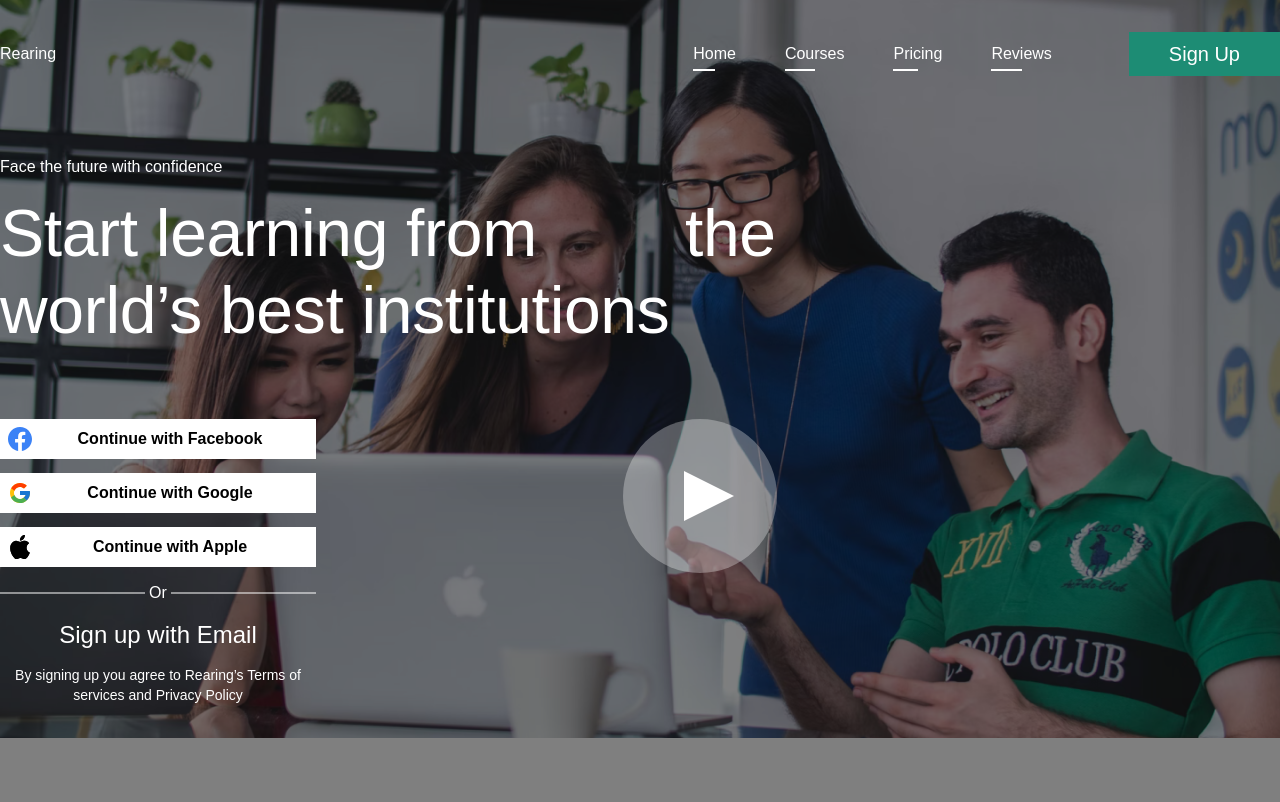
Repository: vandangnhathung/educationplatform
Page: /
An editor plug-in stored every save of this project. The page is shown before and after the next save, followed by the edit.
The browser window is 1280 px wide. The pictures show the whole page.
The project was rebuilt for these pictures with package versions that can differ from the ones it lists, and the page was loaded fresh each time.

Above is the page before, as saved 2022-06-21 00:25:57.

### src/index.js
import React from "react";
import ReactDOM from "react-dom/client";
import App from "./App";
import reportWebVitals from "./reportWebVitals";
import "./index.css";
const root = ReactDOM.createRoot(document.getElementById("root"));
root.render(
  <React.StrictMode>
    <App />
  </React.StrictMode>
);

// If you want to start measuring performance in your app, pass a function
// to log results (for example: reportWebVitals(console.log))
// or send to an analytics endpoint. Learn more: https://bit.ly/CRA-vitals
reportWebVitals();

### src/App.js
import Header from "./components/Header";

function App() {
  return (
    <>
      <Header></Header>
    </>
  );
}

export default App;

### src/index.css
@tailwind base;
@tailwind components;
@tailwind utilities;
@import url("https://fonts.googleapis.com/css2?family=Urbanist:wght@100;200;300;400;500;600;700;800&display=swap");
*,
*::before,
*::after {
  box-sizing: border-box;
}
* {
  margin: 0;
  padding: 0;
}

html,
body {
  height: 100%;
}
body {
  line-height: 1.5;
  font-family: "Urbanist", sans-serif;
}

img,
picture,
video,
canvas,
svg {
  display: block;
  max-width: 100%;
}
input,
button,
textarea,
select {
  font: inherit;
  outline: none;
}
p,
h1,
h2,
h3,
h4,
h5,
h6 {
  overflow-wrap: break-word;
}

.container {
  max-width: 1280px;
  margin: 0 auto;
  width: 100%;
}

.active {
  position: relative;
}

.active::before {
  content: "";
  display: block;
  position: absolute;
  bottom: -5px;
  width: 50%;
  padding: 1px;
  left: 0;
  background-color: #fff;
}

### src/components/Header.js
import React, { useEffect } from "react";
import headerImg from "../images/Images.png";
import SignInSocial from "./button/SignInSocial";
import { FcGoogle } from "react-icons/fc";
import { BsApple } from "react-icons/bs";
import styled from "styled-components";

const HeaderStyles = styled.header`
  .text-or {
    color: white;
    position: relative;
    &:before {
      content: "";
      height: 1px;
      width: calc(50% - 13px);
      background-color: white;
      position: absolute;
      top: 50%;
      transform: translateY(-50%);
      right: 0;
    }
    &:after {
      content: "";
      height: 1px;
      width: calc(50% - 13px);
      background-color: white;
      position: absolute;
      top: 50%;
      transform: translateY(-50%);
      left: 0;
    }
  }
`;
const Header = () => {
  const headerNav = [
    {
      id: 1,
      title: "Home",
    },
    {
      id: 2,
      title: "Courses",
    },
    {
      id: 3,
      title: "Pricing",
    },
    {
      id: 4,
      title: "Reviews",
    },
  ];
  return (
    <HeaderStyles>
      <div className="relative">
        <img src={headerImg} alt="header_img" className="w-full" />
        <div className="absolute inset-0 bg-black opacity-50"></div>
        <div class="absolute top-0  left-0 right-0 ">
          <div class="container">
            <div className="pt-8 mb-[79px] header-top text-white flex items-center justify-between">
              <h1 className="">Rearing</h1>
              <div className="flex items-center">
                <nav className="mr-[77px]">
                  <ul className="flex items-center  gap-x-[49px] ">
                    {headerNav.map((item) => (
                      <li className="active cursor-pointer" key={item.id}>
                        {item.title}
                      </li>
                    ))}
                  </ul>
                </nav>
                <button className="py-2 px-10 bg-[#1D8C74] text-white text-xl ">
                  Sign Up
                </button>
              </div>
            </div>

            <div className="slogan text-white mb-[70px]">
              <h3 className="text-base mb-4">
                Face the future with confidence
              </h3>
              <h1 className="desc max-w-[777px] text-[66px] leading-[77px] w-full tracking-[-0.02rem] font-medium">
                Start learning from{" "}
                <span className="inline-block mr-28 "></span>{" "}
                <p className="inline-block">the</p> world’s best institutions
              </h1>
            </div>

            <div class="flex items-start">
              <div className="signup max-w-[316px] text-center mr-[307px]">
                <SignInSocial name="Facebook"></SignInSocial>
                <SignInSocial
                  name="Google"
                  icon={<FcGoogle></FcGoogle>}
                ></SignInSocial>
                <SignInSocial
                  name="Apple"
                  icon={<BsApple style={{ color: "#000" }}></BsApple>}
                ></SignInSocial>
                <p className="text-or mb-[14px] ">Or</p>
                <div class="text-center text-white flex flex-col gap-y-[14px]">
                  <p className="text-2xl">Sign up with Email</p>
                  <p className="text-sm">
                    By signing up you agree to Rearing’s Terms of services and
                    Privacy Policy{" "}
                  </p>
                </div>
              </div>
              <div className="play cursor-pointer">
                <div className="w-[154px] h-[154px] rounded-full bg-[#fff]/[0.3] hover:bg-[#ccc]/[1] transition-all duration-400 ease-linear relative">
                  <div className="play absolute w-[50px] h-[50px] border-[25px] border-x-0 border-transparent border-l-white border-l-[50px] top-1/2 -translate-y-1/2 left-1/2 -translate-x-[32%] hover:rotate-[360deg]  transition-all duration-500"></div>
                </div>
              </div>
            </div>
          </div>
        </div>
        <div className="header-statistic">
          <div className="max-w-[826px] mx-auto flex items-center justify-between text-white">
            <div className="header-statistic__info flex flex-col gap-y-2">
              <span className="inline-block text-2xl font-bold">100K+</span>
              <p className="text-base">Total students ours</p>
            </div>
            <div className="header-statistic__info flex flex-col gap-y-2">
              <span className="inline-block text-2xl font-bold">100K+</span>
              <p className="text-base">Total students ours</p>
            </div>
            <div className="header-statistic__info flex flex-col gap-y-2">
              <span className="inline-block text-2xl font-bold">100K+</span>
              <p className="text-base">Total students ours</p>
            </div>
          </div>
        </div>
      </div>
    </HeaderStyles>
  );
};

export default Header;

### src/components/button/SignInSocial.js
import React from "react";
import styled from "styled-components";
import { BsFacebook } from "react-icons/bs";

const SignInSocialStyles = styled.div`
  display: flex;
  align-items: center;
  padding: 8px;
  background-color: #fff;
  max-width: 316px;
  width: 100%;
  font-size: 16px;
  font-weight: 600;
  cursor: pointer;
  margin-bottom: 14px;
`;
const SignInSocial = ({ name = "", icon = <BsFacebook></BsFacebook> }) => {
  return (
    <SignInSocialStyles>
      <span className="inline-block text-blue-500 text-2xl">{icon}</span>
      <p className="m-auto">Continue with {name}</p>
    </SignInSocialStyles>
  );
};

export default SignInSocial;

Loaded but not shown: public/index.html (common file); src/reportWebVitals.js (common file); tailwind.config.js (common file)

After the next save:
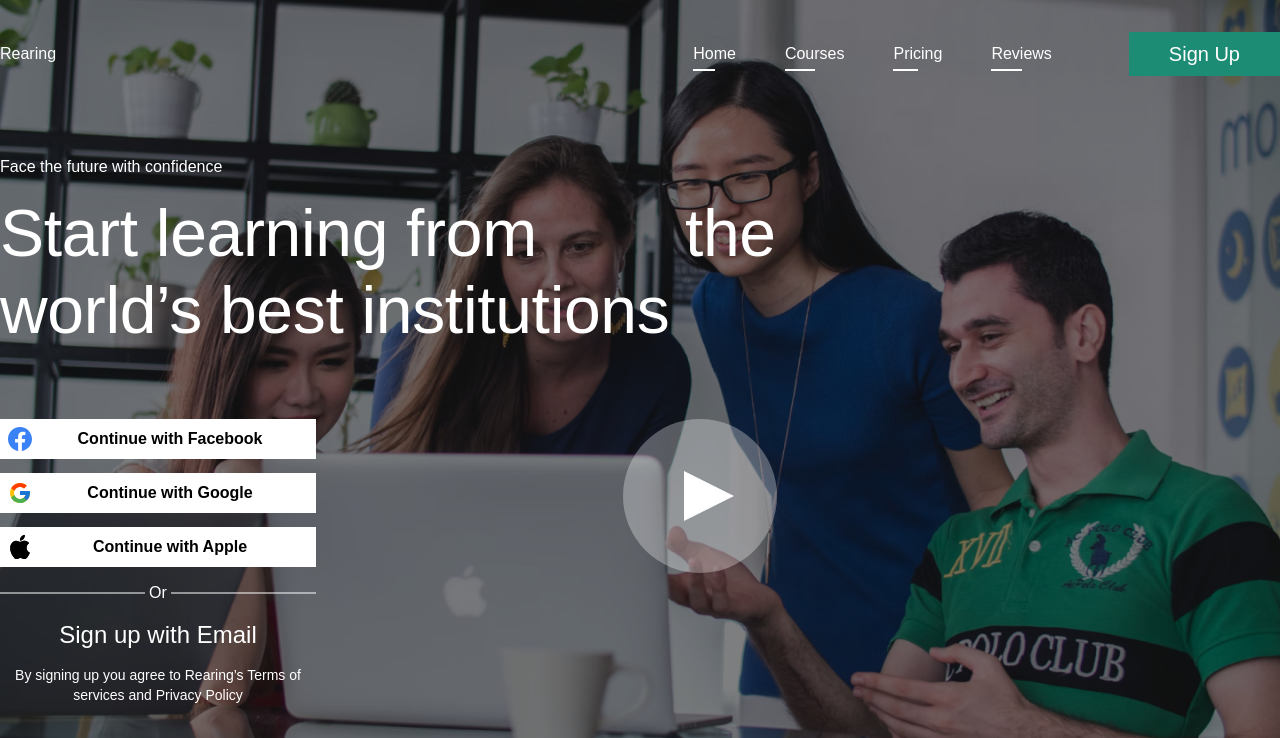
Saved 2 s later.
--- a/src/components/Header.js
+++ b/src/components/Header.js
@@ -114,22 +114,6 @@ const Header = () => {
             </div>
           </div>
         </div>
-        <div className="header-statistic">
-          <div className="max-w-[826px] mx-auto flex items-center justify-between text-white">
-            <div className="header-statistic__info flex flex-col gap-y-2">
-              <span className="inline-block text-2xl font-bold">100K+</span>
-              <p className="text-base">Total students ours</p>
-            </div>
-            <div className="header-statistic__info flex flex-col gap-y-2">
-              <span className="inline-block text-2xl font-bold">100K+</span>
-              <p className="text-base">Total students ours</p>
-            </div>
-            <div className="header-statistic__info flex flex-col gap-y-2">
-              <span className="inline-block text-2xl font-bold">100K+</span>
-              <p className="text-base">Total students ours</p>
-            </div>
-          </div>
-        </div>
       </div>
     </HeaderStyles>
   );
